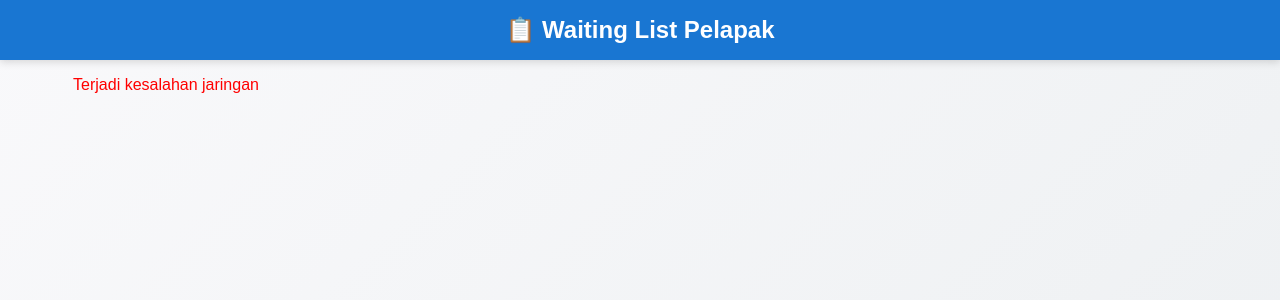
Repository: pasarrakyatbak/WaitingListforPanitia
Page: index.html
The author's editor kept a copy of each file at every save. The page is drawn from the files as they stood at one save, then again after the next save.
The browser window is 1280 px wide. The pictures show the whole page.
The page's requests for data from a server got no answer.

Above is the page before, as saved 2025-09-25 15:36:55.

### index.html
<!DOCTYPE html>
<html lang="id">

<head>
    <meta charset="UTF-8" />
    <meta name="viewport" content="width=device-width, initial-scale=1.0" />
    <title>Waiting List Pelapak</title>
    <link rel="stylesheet" href="style.css" />
    <link href="https://fonts.googleapis.com/icon?family=Material+Icons" rel="stylesheet">
</head>

<body>
    <header>
        <h1>📋 Waiting List Pelapak</h1>
    </header>

    <main class="container">
        <!-- Loader Global -->
        <div id="loader" class="loader hidden">
            <div class="spinner"></div>
            <p>Sedang memuat data...</p>
        </div>

        <!-- List Container -->
        <div id="listContainer" class="grid"></div>
    </main>

    <!-- Modal Konfirmasi -->
    <div id="modal" class="modal hidden">
        <div class="modal-content">
            <p id="modalMessage"></p>
            <div class="modal-actions">
                <button id="confirmBtn" class="btn primary">
                    <span class="btn-text">Ya</span>
                    <span class="btn-spinner hidden"></span>
                </button>
                <button id="cancelBtn" class="btn secondary">Batal</button>
            </div>
        </div>
    </div>

    <!-- Toast Notification -->
    <div id="toast" class="toast hidden">
        <span id="toastMessage"></span>
        <button id="toastClose">&times;</button>
    </div>

    <script src="script.js"></script>
</body>

</html>

### style.css
/* Reset & global */
* {
    margin: 0;
    padding: 0;
    box-sizing: border-box;
}

body {
    font-family: "Poppins", sans-serif;
    background: linear-gradient(135deg, #f9f9fb, #eceff1);
    color: #333;
    min-height: 100vh;
    display: flex;
    flex-direction: column;
}

header {
    padding: 1rem;
    text-align: center;
    background: #1976d2;
    color: #fff;
    box-shadow: 0 2px 8px rgba(0, 0, 0, 0.15);
}

h1 {
    font-size: 1.5rem;
    font-weight: 600;
}

.container {
    flex: 1;
    padding: 1rem;
}

/* Loader Global */
.loader {
    display: flex;
    flex-direction: column;
    align-items: center;
    justify-content: center;
    margin: 2rem 0;
    gap: 0.8rem;
}

.loader.hidden {
    display: none;
}

.spinner {
    border: 4px solid #eee;
    border-top: 4px solid #1976d2;
    border-radius: 50%;
    width: 36px;
    height: 36px;
    animation: spin 1s linear infinite;
}

@keyframes spin {
    100% {
        transform: rotate(360deg);
    }
}

/* Grid layout responsif */
.grid {
    display: grid;
    gap: 1rem;
}

@media(min-width:480px) {
    .grid {
        grid-template-columns: repeat(2, 1fr);
    }
}

@media(min-width:768px) {
    .grid {
        grid-template-columns: repeat(3, 1fr);
    }
}

@media(min-width:1024px) {
    .grid {
        grid-template-columns: repeat(4, 1fr);
    }
}

/* Card style */
.card {
    background: #fff;
    border-radius: 16px;
    box-shadow: 0 6px 16px rgba(0, 0, 0, 0.08);
    padding: 1rem 1.2rem;
    display: flex;
    flex-direction: column;
    justify-content: space-between;
    transition: transform 0.25s ease, box-shadow 0.25s ease;
}

.card:hover {
    transform: translateY(-4px);
    box-shadow: 0 10px 24px rgba(0, 0, 0, 0.12);
}

.card.done {
    border: 2px solid #2e7d32;
    background: #f1f8f4;
}

.card .title {
    font-size: 1.1rem;
    font-weight: 600;
    margin-bottom: 0.3rem;
    color: #222;
}

.card .subtitle {
    color: #555;
    font-size: 0.9rem;
    margin-bottom: 0.25rem;
}

.card .actions {
    margin-top: 0.8rem;
    display: flex;
    gap: 0.5rem;
}

/* Button styles */
.btn {
    border: none;
    padding: 0.5rem 1rem;
    border-radius: 10px;
    cursor: pointer;
    font-size: 0.85rem;
    font-weight: 500;
    transition: 0.3s ease;
    display: flex;
    align-items: center;
}

.btn.primary {
    background: #2e7d32;
    color: #fff;
}

.btn.primary:hover {
    background: #1b5e20;
}

.btn.secondary {
    background: #757575;
    color: #fff;
}

.btn.secondary:hover {
    background: #616161;
}

.btn.danger {
    background: #c62828;
    color: #fff;
}

.btn.danger:hover {
    background: #8e0000;
}

/* Modal */
.modal {
    position: fixed;
    inset: 0;
    background: rgba(0, 0, 0, 0.45);
    display: flex;
    align-items: center;
    justify-content: center;
    z-index: 1000;
}

.modal.hidden {
    display: none;
}

.modal-content {
    background: #fff;
    padding: 1.5rem;
    border-radius: 14px;
    width: 90%;
    max-width: 340px;
    text-align: center;
    animation: fadeInUp 0.3s ease;
}

.modal-actions {
    margin-top: 1rem;
    display: flex;
    justify-content: space-around;
}

/* Toast */
.toast {
    position: fixed;
    top: 50%;
    left: 50%;
    transform: translate(-50%, -50%) scale(0.95);
    background: #323232;
    color: #fff;
    padding: 1rem 1.2rem;
    border-radius: 12px;
    font-size: 0.95rem;
    box-shadow: 0 8px 24px rgba(0, 0, 0, 0.2);
    opacity: 0;
    display: flex;
    align-items: center;
    gap: 1rem;
    transition: opacity 0.4s ease, transform 0.4s ease;
    z-index: 2000;
}

.toast.show {
    opacity: 1;
    transform: translate(-50%, -50%) scale(1.05);
}

.toast.success {
    background: #2e7d32;
}

.toast.error {
    background: #c62828;
}

.toast button {
    background: transparent;
    border: none;
    color: #fff;
    font-size: 1.2rem;
    cursor: pointer;
}

/* Animasi */
@keyframes fadeInUp {
    from {
        transform: translateY(20px);
        opacity: 0;
    }

    to {
        transform: translateY(0);
        opacity: 1;
    }
}

/* Spinner kecil di tombol modal */
.btn-spinner {
    border: 3px solid rgba(255, 255, 255, 0.5);
    border-top: 3px solid #fff;
    border-radius: 50%;
    width: 16px;
    height: 16px;
    margin-left: 8px;
    animation: spin 0.8s linear infinite;
    display: inline-block;
}

.btn-spinner.hidden {
    display: none;
}

/* Spinner kecil di tombol card */
.btn-card-spinner {
    border: 2px solid rgba(255, 255, 255, 0.5);
    border-top: 2px solid #fff;
    border-radius: 50%;
    width: 14px;
    height: 14px;
    margin-left: 6px;
    animation: spin 0.8s linear infinite;
    display: inline-block;
}

.btn-card-spinner.hidden {
    display: none;
}

### script.js
const URL_API = "https://script.google.com/macros/s/AKfycby4z2qZ24SrJkcyGpybH29lSUC_3_z1LG-7wSmTzpaOEXrwjXf0Cl3hqkg95qAxPj1-/exec";

const listContainer = document.getElementById("listContainer");
const modal = document.getElementById("modal");
const modalMessage = document.getElementById("modalMessage");
const confirmBtn = document.getElementById("confirmBtn");
const cancelBtn = document.getElementById("cancelBtn");
const loader = document.getElementById("loader");

const btnText = confirmBtn.querySelector(".btn-text");
const btnSpinner = confirmBtn.querySelector(".btn-spinner");

let selectedItem = null;
let selectedAction = null;

// Loader global
function showLoader() { loader.classList.remove("hidden"); }
function hideLoader() { loader.classList.add("hidden"); }

// Loader kecil di tombol konfirmasi
function setButtonLoading(state) {
    if (state) {
        btnText.textContent = "Memproses...";
        btnSpinner.classList.remove("hidden");
        confirmBtn.disabled = true;
    } else {
        btnText.textContent = "Ya";
        btnSpinner.classList.add("hidden");
        confirmBtn.disabled = false;
    }
}

async function loadData(page = 1, limit = 10, keyword = "") {
    showLoader();
    let url = keyword && keyword.trim() !== ""
        ? `${URL_API}?action=searchWaitingList&keyword=${encodeURIComponent(keyword)}&page=${page}&limit=${limit}`
        : `${URL_API}?action=waitingList&page=${page}&limit=${limit}`;

    try {
        const res = await fetch(url);
        const json = await res.json();
        listContainer.innerHTML = "";
        if (json.success) {
            json.data.forEach(item => renderCard(item));
        } else {
            listContainer.innerHTML = `<p style="text-align:center;">${json.message || 'Gagal mengambil data'}</p>`;
        }
    } catch (err) {
        console.error("Error loadData:", err);
        listContainer.innerHTML = `<p style="text-align:center; color:red;">Terjadi kesalahan jaringan</p>`;
    } finally {
        hideLoader();
    }
}

// Render card
function renderCard(item) {
    const card = document.createElement("div");
    card.classList.add("card");
    if (item.status === "done") card.classList.add("done");
    card.dataset.no = item.no;

    card.innerHTML = `
      <div class="title">${item.no}. ${item.nama}</div>
      <div class="subtitle"><strong>Alamat:</strong> ${item.alamat}</div>
      <div class="subtitle"><strong>Jualan:</strong> ${item.jualan}</div>
      <div class="subtitle"><strong>WA:</strong> ${item.nomor_wa}</div>
      <div class="actions">
        <button class="btn primary">Done</button>
        <button class="btn danger">Hapus</button>
      </div>
    `;

    card.querySelector(".btn.primary").addEventListener("click", () => {
        selectedItem = item;
        selectedAction = "done";
        modalMessage.textContent = `Tandai "${item.nama}" sebagai Done?`;
        modal.classList.remove("hidden");
    });

    card.querySelector(".btn.danger").addEventListener("click", () => {
        selectedItem = item;
        selectedAction = "delete";
        modalMessage.textContent = `Hapus "${item.nama}" dari waiting list?`;
        modal.classList.remove("hidden");
    });

    listContainer.appendChild(card);
}

// Modal batal
cancelBtn.addEventListener("click", () => {
    modal.classList.add("hidden");
    selectedItem = null;
    selectedAction = null;
});

// Modal konfirmasi
confirmBtn.addEventListener("click", async () => {
    if (!selectedItem || !selectedAction) {
        modal.classList.add("hidden");
        return;
    }
    let actionApi = selectedAction === "done" ? "approveWaitingList" : "deleteWaitingList";

    setButtonLoading(true);
    try {
        const res = await fetch(URL_API, {
            method: "POST",
            body: new URLSearchParams({
                action: actionApi,
                no: selectedItem.no
            })
        });
        const json = await res.json();
        if (json.success) {
            if (selectedAction === "done") {
                markAsDone(selectedItem.no);
                showToast(`"${selectedItem.nama}" ditandai Done ✅`, "success");
            } else {
                removeCard(selectedItem.no);
                showToast(`"${selectedItem.nama}" berhasil dihapus ❌`, "success");
            }
        } else {
            showToast(json.message || "Gagal update data", "error");
        }
    } catch (err) {
        console.error("Error confirm:", err);
        showToast("Kesalahan jaringan", "error");
    } finally {
        setButtonLoading(false);
        modal.classList.add("hidden");
    }
});

// Tandai Done
function markAsDone(no) {
    const card = listContainer.querySelector(`.card[data-no="${no}"]`);
    if (card) card.classList.add("done");
}

// Hapus card
function removeCard(no) {
    const card = listContainer.querySelector(`.card[data-no="${no}"]`);
    if (card) card.remove();
}

// Toast
function showToast(message, type = "success") {
    const toast = document.getElementById("toast");
    const toastMessage = document.getElementById("toastMessage");
    const toastClose = document.getElementById("toastClose");

    toastMessage.textContent = message;
    toast.className = `toast ${type} show`;

    const timer = setTimeout(() => {
        toast.className = "toast hidden";
    }, 3000);

    toastClose.onclick = () => {
        clearTimeout(timer);
        toast.className = "toast hidden";
    };
}

window.addEventListener("DOMContentLoaded", () => {
    loadData();
});

After the next save:
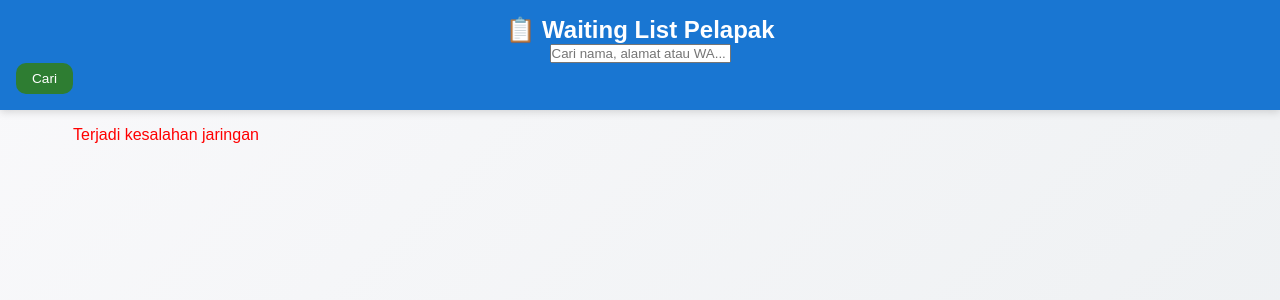
Saved 68 s later.
--- a/index.html
+++ b/index.html
@@ -12,6 +12,10 @@
 <body>
     <header>
         <h1>📋 Waiting List Pelapak</h1>
+        <div class="search-container">
+            <input type="text" id="searchInput" placeholder="Cari nama, alamat atau WA...">
+            <button id="searchBtn" class="btn primary">Cari</button>
+        </div>
     </header>
 
     <main class="container">
@@ -23,6 +27,9 @@
 
         <!-- List Container -->
         <div id="listContainer" class="grid"></div>
+
+        <!-- Pagination -->
+        <div id="pagination" class="pagination"></div>
     </main>
 
     <!-- Modal Konfirmasi -->
